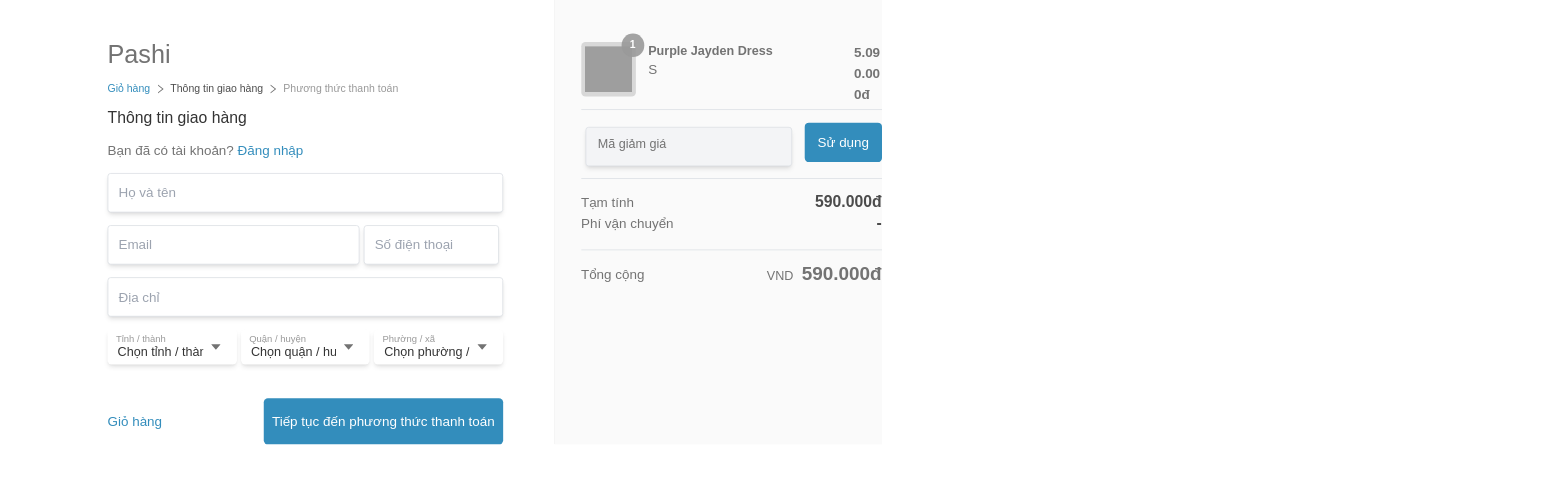
Repository: levinhky/pashi
Page: /checkout/information
These files come from the project's save history. The page is drawn as it stood at one moment and after the next save; the edit follows.
The browser window is 1280 px wide. The page is 1828 px wide, then 1859 px, so the pictures cover 1859 px, including what lies to the right of the window. The pictures show the whole page, at 84% of full size.
Pictures or frames that could not be fetched are drawn as grey boxes. The project was rebuilt for these pictures with package versions that can differ from the ones it lists, and the page was loaded fresh each time. Also part of the build but not shown: src/components/Home/Home.module.css, src/configs/api.js, src/components/Loading/Loading.module.css, src/components/Loading/Loading.jsx, src/components/Partner/Partner.module.css, src/components/Partner/Partner.jsx, src/components/Home/Home.jsx, src/components/ProductList/ProductList.module.css and 18 more.

Above is the page before, as saved 2022-10-07 16:14:16.

### public/index.html
<!DOCTYPE html>
<html lang="en">

<head>
  <meta charset="utf-8" />
  <link rel="icon" href="%PUBLIC_URL%/favicon.ico" />
  <meta name="viewport" content="width=device-width, initial-scale=1" />
  <meta name="theme-color" content="#000000" />
  <meta name="description" content="Web site created using create-react-app" />
  <link rel="apple-touch-icon" href="%PUBLIC_URL%/logo192.png" />
  <!--
      manifest.json provides metadata used when your web app is installed on a
      user's mobile device or desktop. See https://developers.google.com/web/fundamentals/web-app-manifest/
    -->
  <link rel="manifest" href="%PUBLIC_URL%/manifest.json" />
  <link href='https://unpkg.com/boxicons@2.1.2/css/boxicons.min.css' rel='stylesheet'>
  <link href="https://cdn.jsdelivr.net/npm/bootstrap@5.2.0/dist/css/bootstrap.min.css" rel="stylesheet"
    integrity="sha384-gH2yIJqKdNHPEq0n4Mqa/HGKIhSkIHeL5AyhkYV8i59U5AR6csBvApHHNl/vI1Bx" crossorigin="anonymous">
  <!--
      Notice the use of %PUBLIC_URL% in the tags above.
      It will be replaced with the URL of the `public` folder during the build.
      Only files inside the `public` folder can be referenced from the HTML.

      Unlike "/favicon.ico" or "favicon.ico", "%PUBLIC_URL%/favicon.ico" will
      work correctly both with client-side routing and a non-root public URL.
      Learn how to configure a non-root public URL by running `npm run build`.
    -->
  <title>React App</title>
</head>

<body>
  <noscript>You need to enable JavaScript to run this app.</noscript>
  <div id="root"></div>
  <!--
      This HTML file is a template.
      If you open it directly in the browser, you will see an empty page.

      You can add webfonts, meta tags, or analytics to this file.
      The build step will place the bundled scripts into the <body> tag.

      To begin the development, run `npm start` or `yarn start`.
      To create a production bundle, use `npm run build` or `yarn build`.
    -->
</body>
<script src="https://cdn.jsdelivr.net/npm/bootstrap@5.2.0/dist/js/bootstrap.bundle.min.js"
  integrity="sha384-A3rJD856KowSb7dwlZdYEkO39Gagi7vIsF0jrRAoQmDKKtQBHUuLZ9AsSv4jD4Xa" crossorigin="anonymous"></script>


</html>

### src/index.jsx
import React from "react";
import ReactDOM from "react-dom/client";
import { BrowserRouter } from "react-router-dom";
import App from "./App";
import reportWebVitals from "./reportWebVitals";
import { Provider } from "react-redux";

import GlobalStyles from "components/GlobalStyles/GlobalStyles";
import { store } from "store";

const root = ReactDOM.createRoot(
  document.getElementById("root")
);
root.render(
  <React.StrictMode>
    <Provider store={store}>
      <GlobalStyles>
        <BrowserRouter>
          <App />
        </BrowserRouter>
      </GlobalStyles>
    </Provider>
  </React.StrictMode>
);

// If you want to start measuring performance in your app, pass a function
// to log results (for example: reportWebVitals(console.log))
// or send to an analytics endpoint. Learn more: https://bit.ly/CRA-vitals
reportWebVitals();

### src/App.jsx
import React from "react";
import { Route, Routes } from "react-router-dom";
import { ToastContainer } from "react-toastify";
import "react-toastify/dist/ReactToastify.css";

import { routes } from "routes/routes";
import DefaultLayout from "components/DefaultLayout/DefaultLayout";
import CheckoutPage from "pages/CheckoutPage/CheckoutPage";
import Loading from "components/Loading/Loading";

function App() {
  return (
    <React.Suspense fallback={<Loading />}>
      <Routes>
        {routes.map((route, index) => {
          const Layout =
            route.layout === "default" ? DefaultLayout : CheckoutPage;
          return (
            <Route
              key={index}
              path={route.path}
              element={<Layout>{route.element}</Layout>}
            />
          );
        })}
      </Routes>
      <ToastContainer />
    </React.Suspense>
  );
}

export default App;

### src/components/GlobalStyles/GlobalStyles.jsx
import "./GlobalStyles.css";

function GlobalStyles({ children }) {
  return children;
}

export default GlobalStyles;

### src/pages/CheckoutPage/CheckoutPage.jsx
import { vnd } from "configs/functions";
import { useEffect, useState } from "react";
import { useDispatch, useSelector } from "react-redux";
import styles from "./CheckoutPage.module.css";

const CheckoutPage = ({ children }) => {
  const cartItems = useSelector((state) => state.cart.cartItems);
  const cartTotal = useSelector((state) => state.cart.cartTotal);
  console.log(cartItems);

  return (
    <div className="flex flex-row flex-[1_0_auto] py-0 px-[5%] mx-auto w-[90%] max-w-screen-xl">
      <div className="flex flex-column w-[52%] pr-[6%] pt-20">{children}</div>

      <div className="sidebar w-[38%] relative bg-[#fafafa]">
        <div className="bg-left-top block w-[300%] top-0 absolute bottom-0 -z-10 shadow-[1px_0_0_#e1e1e1_inset]"></div>
        <div className="sidebar-content pl-[8%] pt-20">
          <div className="content-item w-auto h-[65px] grid grid-cols-[65px_minmax(260px,_1fr)_auto] ">
            <div className="product-img w-[65px] h-[65px] relative">
              <div className="bg-[#d8d8d8] w-full h-full rounded-lg relative overflow-hidden">
                <img
                  src="https://product.hstatic.net/1000370235/product/z3733404419397_d753e3ea8a8f70f3d5acedb6b1a0deaa_5129de1d90b3454fa990016555e13999_small.jpg"
                  alt=""
                  className="object-cover w-full h-full p-2 "
                />
              </div>
              <span className="absolute bg-[rgba(153,153,153,0.9)] z-50 px-3 py-2 text-xl quantity rounded-full -top-4 -right-4 text-white font-bold">
                1
              </span>
            </div>
            <div className="flex flex-col px-4 description">
              <span className="text-2xl font-bold">Purple Jayden Dress</span>
              <span>S</span>
            </div>
            <div className="w-full price">
              <span className="font-semibold text-">5.090.000đ</span>
            </div>
          </div>
          <div className="line border-[#e1e1e1] border-bottom my-4 border-x-0 border-t-0 w-full h-full"></div>
          <div className="flex h-[47px] items-center code">
            <div className="relative w-full h-full p-2 code-input grow group">
              <input
                type="text"
                id="discount-code"
                required
                className="absolute w-full h-full px-4 my-auto  border shadow-md focus:ring-2 focus:outline-none focus:border-sky-500 focus:ring-sky-500 transition-all delay-300 text-[#333] rounded-md p-[10px_40px_10px_12px] mb-4 bg-gray-100 outline-none peer text-2xl"
              />
              <label
                for="discount-code"
                className="absolute top-0 flex items-center pl-0 my-4 text-2xl transition-all transform left-8   group-focus-within:text-base peer-valid:text-base group-focus-within:h-1.5 peer-valid:h-1.5 group-focus-within:-translate-y-full peer-valid:-translate-y-full group-focus-within:pl-0 peer-valid:pl-0 cursor-text"
              >
                Mã giảm giá
              </label>
            </div>
            <button className="inline-block w-auto px-6 py-0 ml-8 text-center rounded-lg whitespace-nowrap bg-[#338dbc] hover:brightness-125 text-white relative transition-all cursor-pointer font-medium h-full">
              Sử dụng
            </button>
          </div>
          <div className="line border-[#e1e1e1] border-bottom my-4 border-x-0 border-t-0 w-full h-2"></div>

          <div className="bill">
            <div className="flex items-center justify-between bill-product">
              <span>Tạm tính</span>
              <span className="text-[#4b4b4b] font-semibold text-3xl">
                590.000đ
              </span>
            </div>
            <div className="flex items-center justify-between bill-ship">
              <span>Phí vận chuyển</span>
              <span className="text-[#4b4b4b] font-semibold text-3xl">-</span>
            </div>
          </div>
          <div className="line border-[#e1e1e1] border-bottom my-4 border-x-0 border-t-0 w-full h-2"></div>

          <div className="flex items-center justify-between total">
            <span className="">Tổng cộng</span>
            <div className="total-number">
              <span className="mr-4 text-2xl">VND</span>
              <span className="text-4xl font-bold ">590.000đ</span>
            </div>
          </div>
        </div>
      </div>
    </div>
    // <div className={styles["bao"]}>
    //   <div className={styles["content"]}>
    //     <div className={styles["wrap"]}>
    //       <div className={styles["sidebar"]}>
    //         <div className={styles["sidebar-content"]}>
    //           <div
    //             className={styles["order-summary order-summary-is-collapsed"]}
    //           >
    //             <h2 className={styles["visually-hidden"]}>
    //               Thông tin đơn hàng
    //             </h2>
    //             <div className={styles["order-summary-sections"]}>
    //               <div
    //                 className={
    //                   styles[
    //                     "order-summary-section order-summary-section-product-list"
    //                   ]
    //                 }
    //               >
    //                 <table className={styles["product-table"]}>
    //                   <tbody>
    //                     {cartItems.length > 0 &&
    //                       cartItems.map((product) => (
    //                         <tr
    //                           className={styles["product"]}
    //                           data-product-id="1040710178"
    //                           key={product.id}
    //                         >
    //                           <td className={styles["product-image"]}>
    //                             <div className={styles["product-thumbnail"]}>
    //                               <div
    //                                 className={
    //                                   styles["product-thumbnail-wrapper"]
    //                                 }
    //                               >
    //                                 <img
    //                                   className={
    //                                     styles["product-thumbnail-image"]
    //                                   }
    //                                   alt={product.name}
    //                                   src={product.thumbnail}
    //                                 />
    //                               </div>
    //                               <span
    //                                 className={
    //                                   styles["product-thumbnail-quantity"]
    //                                 }
    //                                 aria-hidden="true"
    //                               >
    //                                 {product.quantity}
    //                               </span>
    //                             </div>
    //                           </td>
    //                           <td className={styles["product-description"]}>
    //                             <span
    //                               className={
    //                                 styles[
    //                                   "product-description-name order-summary-emphasis"
    //                                 ]
    //                               }
    //                             >
    //                               {product.name}
    //                             </span>

    //                             <span
    //                               className={
    //                                 styles[
    //                                   "product-description-variant order-summary-small-text"
    //                                 ]
    //                               }
    //                             >
    //                               S
    //                             </span>
    //                           </td>
    //                           <td
    //                             className={
    //                               styles["product-quantity visually-hidden"]
    //                             }
    //                           >
    //                             1
    //                           </td>
    //                           <td className={styles["product-price"]}>
    //                             <span
    //                               className={styles["order-summary-emphasis"]}
    //                             >
    //                               {vnd(product.price)}
    //                             </span>
    //                           </td>
    //                         </tr>
    //                       ))}
    //                   </tbody>
    //                 </table>
    //               </div>

    //               <div
    //                 className={
    //                   styles[
    //                     "order-summary-section order-summary-section-discount"
    //                   ]
    //                 }
    //               >
    //                 <form
    //                   id="form_discount_add"
    //                   acceptCharset="UTF-8"
    //                   method="post"
    //                 >
    //                   <input name="utf8" type="hidden" value="✓" />
    //                   <div className={styles["fieldset"]}>
    //                     <div className={styles["field  "]}>
    //                       <div className={styles["field-input-btn-wrapper"]}>
    //                         <div className={styles["field-input-wrapper"]}>
    //                           <label
    //                             className={styles["field-label"]}
    //                             htmlFor="discount.code"
    //                           >
    //                             Mã giảm giá
    //                           </label>
    //                           <input
    //                             placeholder="Mã giảm giá"
    //                             className={styles["field-input"]}
    //                             size="30"
    //                             type="text"
    //                             id="discount.code"
    //                             name="discount.code"
    //                           />
    //                         </div>
    //                         <button
    //                           type="submit"
    //                           className={
    //                             styles[
    //                               "field-input-btn btn btn-default btn-disabled"
    //                             ]
    //                           }
    //                         >
    //                           <span className={styles["btn-content"]}>
    //                             Sử dụng
    //                           </span>
    //                           <i
    //                             className={
    //                               styles["btn-spinner icon icon-button-spinner"]
    //                             }
    //                           ></i>
    //                         </button>
    //                       </div>
    //                     </div>
    //                   </div>
    //                 </form>
    //               </div>

    //               <div
    //                 className={
    //                   styles[
    //                     "order-summary-section order-summary-section-total-lines payment-lines"
    //                   ]
    //                 }
    //               >
    //                 <table className={styles["total-line-table"]}>
    //                   <thead>
    //                     <tr>
    //                       <th scope="col">
    //                         <span className={styles["visually-hidden"]}>
    //                           Mô tả
    //                         </span>
    //                       </th>
    //                       <th scope="col">
    //                         <span className={styles["visually-hidden"]}>
    //                           Giá
    //                         </span>
    //                       </th>
    //                     </tr>
    //                   </thead>
    //                   <tbody>
    //                     <tr
    //                       className={styles["total-line total-line-subtotal"]}
    //                     >
    //                       <td className={styles["total-line-name"]}>
    //                         Tạm tính
    //                       </td>
    //                       <td className={styles["total-line-price"]}>
    //                         <span className={styles["order-summary-emphasis"]}>
    //                           {vnd(cartTotal)}
    //                         </span>
    //                       </td>
    //                     </tr>

    //                     <tr
    //                       className={styles["total-line total-line-shipping"]}
    //                     >
    //                       <td className={styles["total-line-name"]}>
    //                         Phí vận chuyển
    //                       </td>
    //                       <td className={styles["total-line-price"]}>
    //                         <span className={styles["order-summary-emphasis"]}>
    //                           —
    //                         </span>
    //                       </td>
    //                     </tr>
    //                   </tbody>
    //                   <tfoot className={styles["total-line-table-footer"]}>
    //                     <tr className={styles["total-line"]}>
    //                       <td
    //                         className={
    //                           styles["total-line-name payment-due-label"]
    //                         }
    //                       >
    //                         <span className={styles["payment-due-label-total"]}>
    //                           Tổng cộng
    //                         </span>
    //                       </td>
    //                       <td className={styles["total-line-name payment-due"]}>
    //                         {/* <span className={styles["payment-due-currency">VND</span> */}
    //                         <span className={styles["payment-due-price"]}>
    //                           {vnd(cartTotal)}
    //                         </span>
    //                       </td>
    //                     </tr>
    //                   </tfoot>
    //                 </table>
    //               </div>
    //             </div>
    //           </div>
    //         </div>
    //       </div>

    //     </div>
    //   </div>
    // </div>
  );
};

export default CheckoutPage;

### src/components/GlobalStyles/GlobalStyles.css
@tailwind base;
@tailwind components;
@tailwind utilities;
@import "normalize.css";
@import url("https://fonts.googleapis.com/css2?family=Mukta:wght@200;300;400;500;600;700;800&family=Plus+Jakarta+Sans:wght@200;300;400;500;600;700;800&display=swap");

@font-face {
  font-family: SVN-Veneer;
  src: url(../../assets/config/SVN-Veneer/SVN-Veneer.ttf);
}

:root {
  --black-color: #000;
  --white-color: #fff;
  --snow-color: #eee;
  --gray-color: var(--gray-color);
}

* {
  padding: 0;
  margin: 0;
  box-sizing: border-box;
}

html {
  font-size: 10px;
}

a {
  text-decoration: none;
}

li {
  list-style-type: none;
}

button {
  border: none;
  outline: none;
  cursor: pointer;
}

input {
  border: none;
  outline: none;
}

img {
  max-width: 100%;
}

body {
  font-family: "Mukta", sans-serif;
  /* font-family: "Plus Jakarta Sans", sans-serif; */
  font-size: 1.6rem;
  line-height: 2.5rem;
  text-rendering: optimizeLegibility;
  overflow-x: hidden;
  width: 100%;
}

@media only screen and (max-width: 1024px) {
  html {
    font-size: 9px;
  }
}

@media only screen and (max-width: 768px) {
  html {
    font-size: 8px;
  }
}

### src/components/Footer/Footer.module.css
footer {
  background-color: var(--black-color);
  margin-top: 5rem;
}

.wrapper {
  width: 100%;
  max-width: 110.7rem;
  margin: 0 auto;
  display: flex;
  justify-content: space-between;
  align-items: center;
  padding: 7.5rem 0 4rem 0;
  border-bottom: 0.1rem solid rgba(255, 255, 255, 0.1);
}

.item {
  width: 26rem;
  display: flex;
  flex-direction: column;
  justify-content: center;
  margin-bottom: auto;
}

.item h3 {
  color: var(--white-color);
  margin-bottom: 2rem;
  font-size: 2rem;
  font-weight: 400;
}

.item ul li a {
  color: var(--white-color);
  font-size: 1.4rem;
  font-weight: 300;
  transition: all 0.3s ease-in-out;
}

.item ul li a:hover {
  border-bottom: 1px solid var(--white-color);
}

@media only screen and (min-width: 769px) and (max-width: 1024px) {
  .wrapper {
    padding:  1.5rem;
  }
}

@media only screen and (min-width: 481px) and (max-width: 768px) {
  .wrapper {
    padding: 1.5rem;
    display: grid;
    grid-template-columns: repeat(2 , 1fr);
  }

  ul {
    padding: 0;
  }

   .item {
    margin-left: 10rem;
    width: 100%;
  }
}

@media only screen and (min-width: 320px) and (max-width: 480px) {
  .wrapper {
    padding: 1.5rem;
    display: grid;
    grid-template-columns: repeat(2, 1fr);
  }

  ul {
    padding: 0;
  }

  .item {
    margin-left: 0.5rem;
    width: 100%;
  }
}

Loaded but not shown: src/reportWebVitals.ts (common file); tailwind.config.js (common file); src/slices/cartSlice.js (47 lines, source omitted); src/routes/routes.js (29 lines, source omitted); src/slices/authSlice.js (22 lines, source omitted); src/store.js (12 lines, source omitted); src/configs/functions.js (3 lines, source omitted); src/pages/CheckoutPage/CheckoutPage.module.css (2582 lines, source omitted); src/components/Checkout/Information.jsx (150 lines, source omitted); src/components/DefaultLayout/DefaultLayout.module.css (no stored copy; drawn as an empty file)

After the next save:
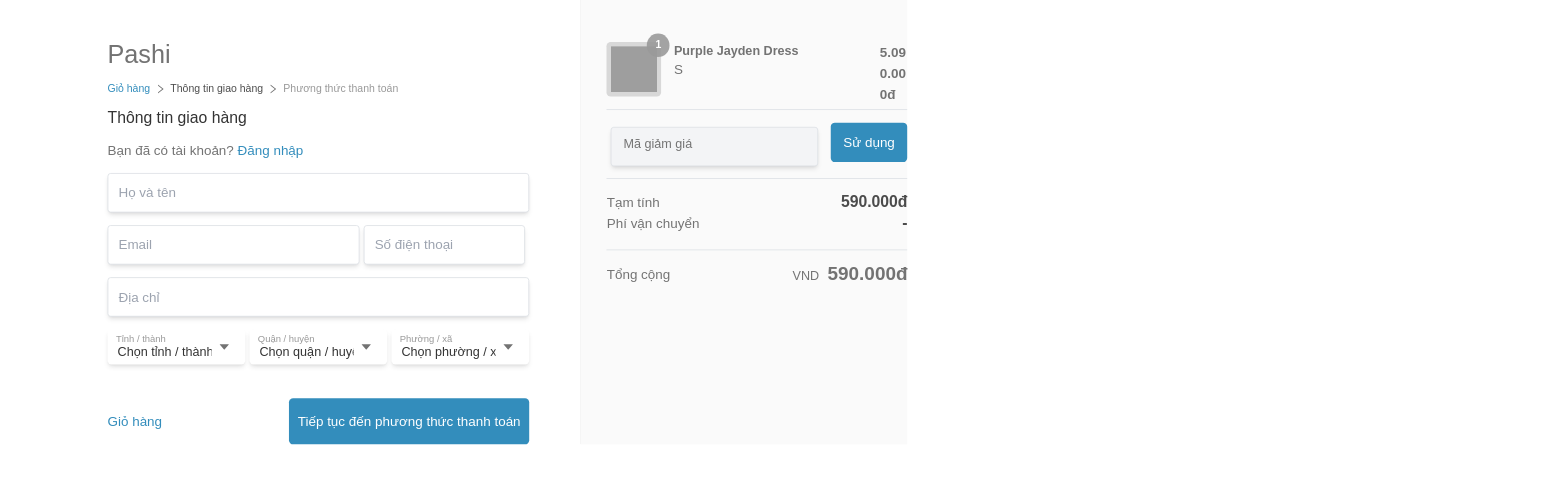
Saved 108 s later.
--- a/src/pages/CheckoutPage/CheckoutPage.jsx
+++ b/src/pages/CheckoutPage/CheckoutPage.jsx
@@ -10,7 +10,7 @@ const CheckoutPage = ({ children }) => {
 
   return (
     <div className="flex flex-row flex-[1_0_auto] py-0 px-[5%] mx-auto w-[90%] max-w-screen-xl">
-      <div className="flex flex-column w-[52%] pr-[6%] pt-20">{children}</div>
+      <div className="flex flex-column w-[55%] pr-[6%] pt-20">{children}</div>
 
       <div className="sidebar w-[38%] relative bg-[#fafafa]">
         <div className="bg-left-top block w-[300%] top-0 absolute bottom-0 -z-10 shadow-[1px_0_0_#e1e1e1_inset]"></div>
